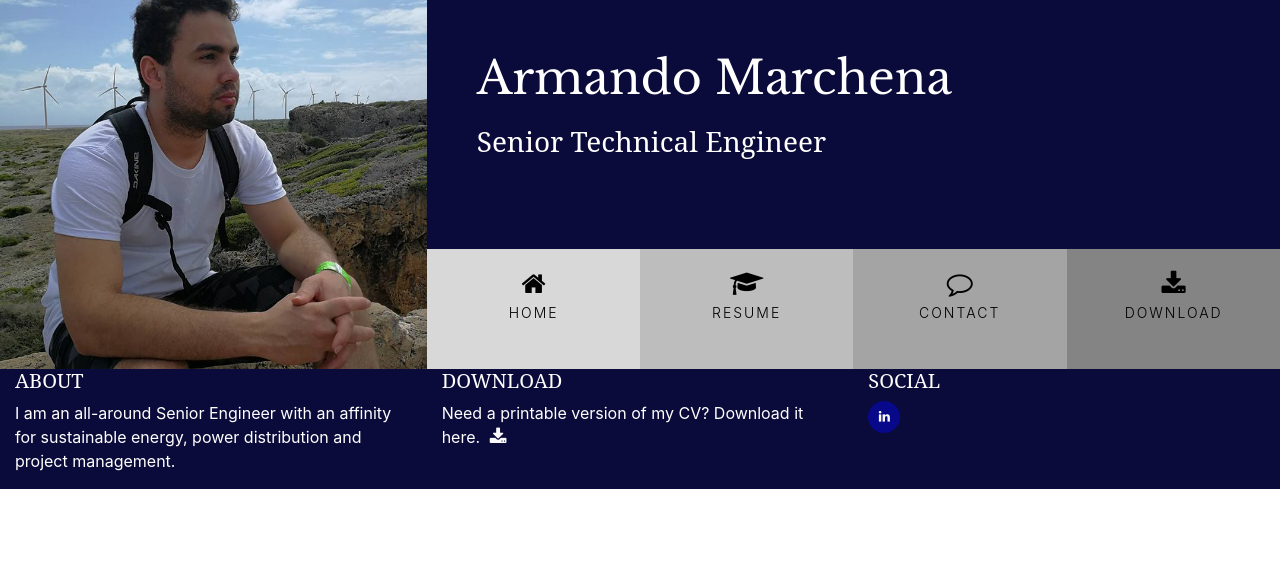
Repository: dugudugu/Resume-A-Marchena
Page: index.html
The author's editor kept a record of every edit. The page is drawn from the files as they stood at one moment, then again after the next edit.
The browser window is 1280 px wide. The pictures show the whole page.

Above is the page before.

After the next edit:
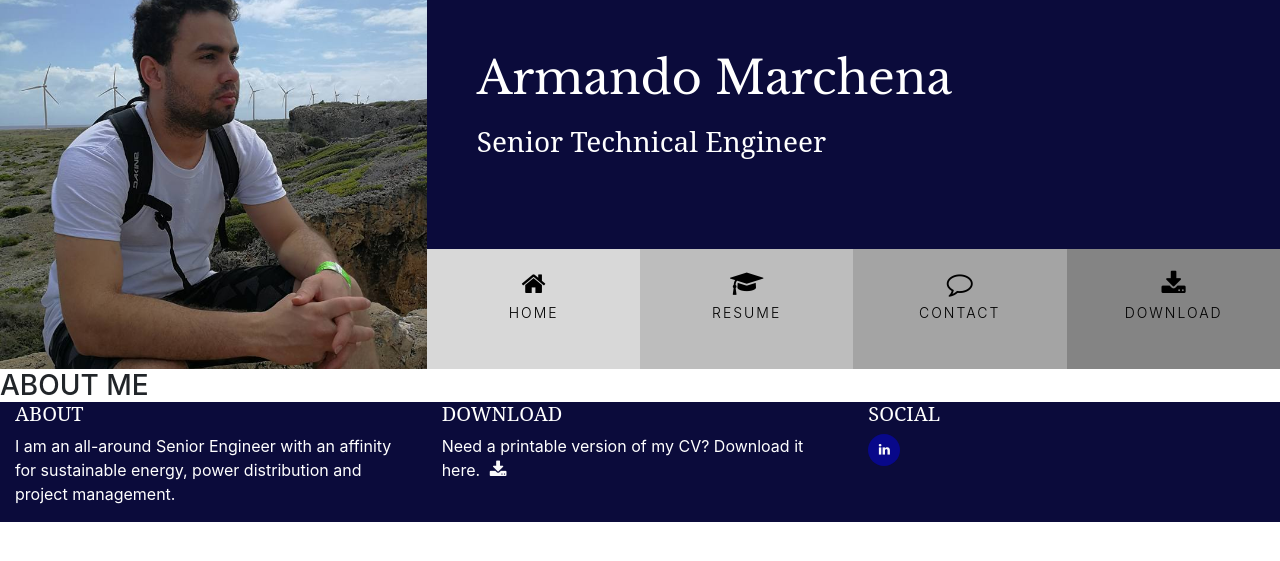
The edit:
--- a/index.html
+++ b/index.html
@@ -51,7 +51,16 @@
         </div>
     </header>
 
-    <section>
+    <section class="container-fluid">
+        <div class="row row-table">
+            <div class="col-md-8-color-three-reasons section-column">
+                <div class="row">
+                    <div class="col">
+                        <h3 class="section-heading uppercase">About Me</h3>
+                    </div>
+                </div>
+            </div>
+        </div>
 
     </section>
 
